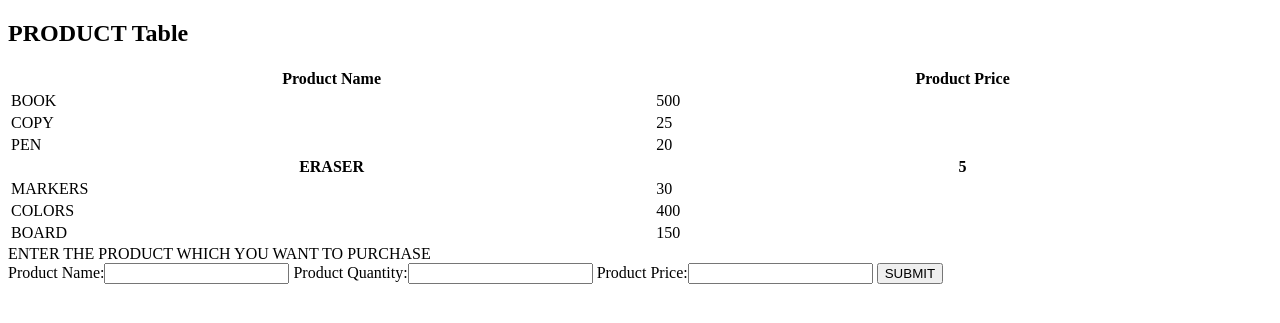
Repository: Muskan-Garg696/muskan_training
Page: WebApplicationProject1/CheckAge/WebContent/Home.html
These files come from the project's save history. The page is drawn as it stood at one moment and after the next save; the edit follows.
The browser window is 1280 px wide. The pictures show the whole page.

Above is the page before, as saved 2019-09-06 10:32:06.

After the next save:
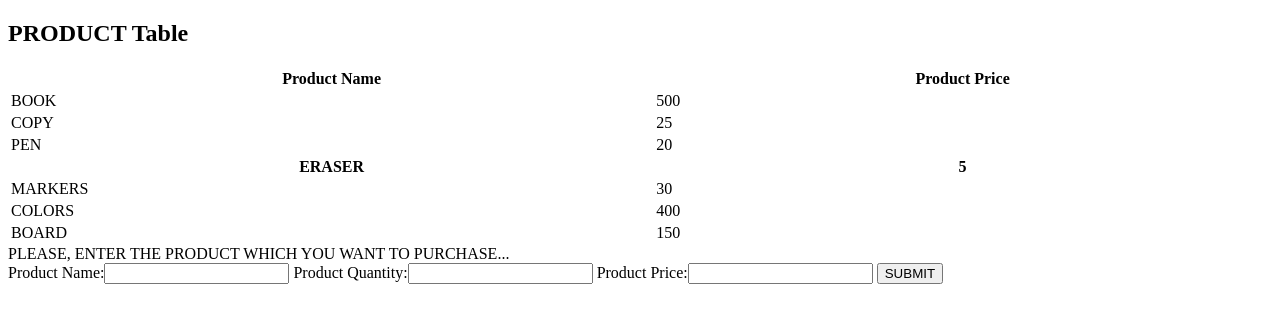
Saved 19 s later.
--- a/WebApplicationProject1/CheckAge/WebContent/Home.html
+++ b/WebApplicationProject1/CheckAge/WebContent/Home.html
@@ -51,8 +51,8 @@
   </tr>
 </table>
 
-
-ENTER THE PRODUCT WHICH YOU WANT TO PURCHASE
+PLEASE,
+ENTER THE PRODUCT WHICH YOU WANT TO PURCHASE...
 <form action="CheckAge" method="post">
 Product Name:<input type="text" name="name" >
 Product Quantity:<input type="text" name="quantity" >
